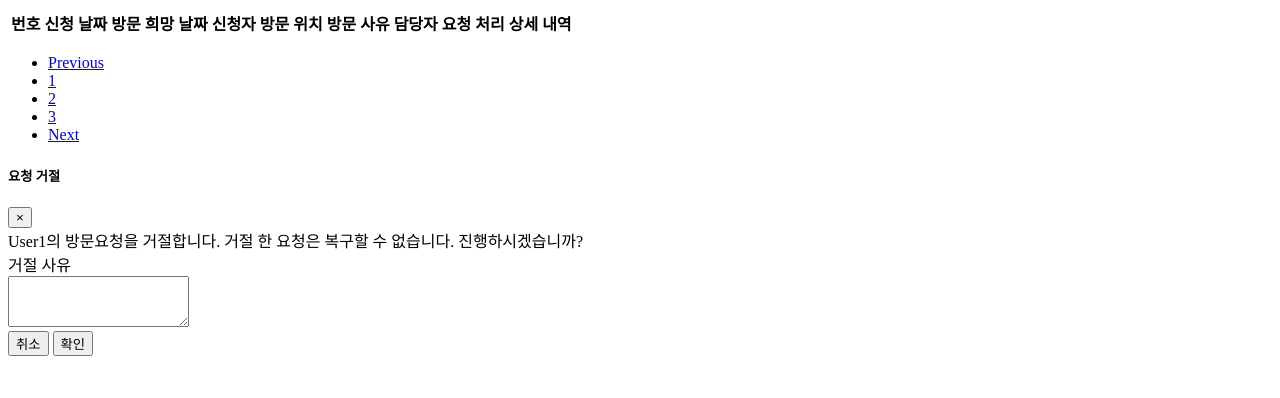
Repository: ki93/-
Page: http://localhost/fragments/admin_application_detail
These files come from the project's save history. The page is drawn as it stood at one moment and after the next save; the edit follows.
The browser window is 1280 px wide. The pictures show the whole page.
The page is this project's Thymeleaf template; nobody is signed in. The template is opened directly, without the code that normally fills it, so the values that code supplies are empty.

Above is the page before, as saved 2021-08-15 14:40:04.
Console error: ReferenceError: $ is not defined

### Visitor Management System/System/src/main/resources/templates/fragments/admin_application_detail.html
<!DOCTYPE html>
<html xmlns:th="http://www.thymeleaf.org">
<head></head>
<!-- <script th:src="@{js/sample.js}"></script>
 -->
<th:block th:fragment="admin_application_detail">
	<div class="col-11 mx-auto mt-5 p-4">
		<table class="table table-hover text-center">
			<thead>
				<tr>
					<th scope="col" class="align-middle" th:text="|번호|"></th>
					<th scope="col" class="align-middle" th:text="|신청 날짜|"></th>
					<th scope="col" class="align-middle" th:text="|방문 희망 날짜|"></th>
					<th scope="col" class="align-middle" th:text="|신청자|"></th>
					<th scope="col" class="align-middle" th:text="|방문 위치|"></th>
					<th scope="col" class="align-middle" th:text="|방문 사유|"></th>
					<th scope="col" class="align-middle" th:text="|담당자|"></th>
					<th scope="col" class="align-middle" th:text="|요청 처리|"></th>
					<th scope="col" class="align-middle" th:text="|상세 내역|"></th>
				</tr>
			</thead>
			<tbody>
				<tr th:each="applicationDTO,i:${List}">
					<th scope="row" class="align-middle" th:text="${i.size}-${i.index}"></th>
					<td class="align-middle" id="application_date"
						th:text="${applicationDTO.application_date}"></td>
					<td class="align-middle" id="visit_date"
						th:text="${applicationDTO.visit_date}"></td>
					<td class="align-middle" th:text="${applicationDTO.user_id}"></td>
					<td class="align-middle" th:text="${applicationDTO.visit_place}"></td>
					<td class="align-middle" th:text="${applicationDTO.visit_reason}"></td>
					<td class="align-middle" th:if="${#maps.size(applicationDTO)} == 9"
						th:text="|승인 대기|"></td>

					<td class="align-middle"
						th:unless="${#maps.size(applicationDTO)} == 9"
						th:text="${applicationDTO.admin_id}"></td>
					<td class="align-middle"
						th:text="${applicationDTO.application_state}"
						th:if="${applicationDTO.application_state} == '승인'"></td>
					<td class="align-middle"
						th:text="${applicationDTO.application_state}"
						th:if="${applicationDTO.application_state} == '거절'"></td>
					<td class="align-middle"
						th:if="${applicationDTO.application_state} == '승인 대기'"><a
						class="btn btn-primary " th:text="|승인|"
						th:href="@{'/updateApplication/'+${applicationDTO.application_num}}"></a>
						<button class="btn btn-primary refuseButton" th:text="|거절|"
							data-toggle="modal" data-target="#exampleModal"
							th:data-notifynum="${applicationDTO.application_num}"
							th:data-notifyid="${applicationDTO.user_id}"></button></td>
					<td class="align-middle"><a class="btn btn-secondary "
						th:href="@{'/aDetail/'+${applicationDTO.application_num}}"
						th:text="|보기|"></a></td>
				</tr>
			</tbody>
		</table>
		<nav aria-label="Page navigation example">
			<ul class="pagination justify-content-center">
				<li class="page-item disabled"><a class="page-link" href="#"
					tabindex="-1" aria-disabled="true">Previous</a></li>
				<li class="page-item"><a class="page-link" href="#">1</a></li>
				<li class="page-item"><a class="page-link" href="#">2</a></li>
				<li class="page-item"><a class="page-link" href="#">3</a></li>
				<li class="page-item"><a class="page-link" href="#">Next</a></li>
			</ul>
		</nav>
	</div>
	<!-- Modal -->
	<div class="modal fade" id="exampleModal" tabindex="-1"
		aria-labelledby="exampleModalLabel" aria-hidden="true">
		<div class="modal-dialog">
			<div class="modal-content">
				<div class="modal-header">
					<h5 class="modal-title" id="exampleModalLabel" th:text="|요청 거절|"></h5>
					<button type="button" class="close" data-dismiss="modal"
						aria-label="Close">
						<span aria-hidden="true">&times;</span>
					</button>
				</div>
				<div class="modal-body container">
					<div class="row">
						<div class="col-12 modal-descript"
							th:text="|User1의 방문요청을 거절합니다. 거절 한 요청은 복구할 수 없습니다. 진행하시겠습니까?|">
						</div>
					</div>
					<form class="refuse-form" th:action="@{/updateApplication}"
						th:object="${application}" method="post">

						<div class="row mt-3">
							<div class="col-12">
								<label for="refuse_reason" th:text="|거절 사유|"></label>
								<div class="form-row">
									<div class="form-group col-lg-12">
										<textarea class="form-control"
											id="exampleFormControlTextarea1" rows="3"
											name="refuse_reason"></textarea>
									</div>
								</div>
							</div>
						</div>
						<div class="float-right">
							<button type="button" class="btn btn-secondary"
								data-dismiss="modal">취소</button>
							<button type="submit" class="btn btn-primary">확인</button>
						</div>
					</form>
				</div>
			</div>
		</div>
	</div>
	<script type="text/javascript">
		var modal = $('#exampleModal')[0];
		$('.refuseButton')
				.click(
						function() {
							var application_num = $(this).data('notifynum');
							var user_id = $(this).data('notifyid')
									.toUpperCase();
							$('.modal-descript')
									.text(
											user_id
													+ " 의 방문요청을 거절합니다. 거절 한 요청은 복구할 수 없습니다. 진행하시겠습니까?");
							$('.refuse-form').attr("action",
									"/updateApplication/" + application_num);
						})
	</script>
</th:block>
</html>

After the next save:
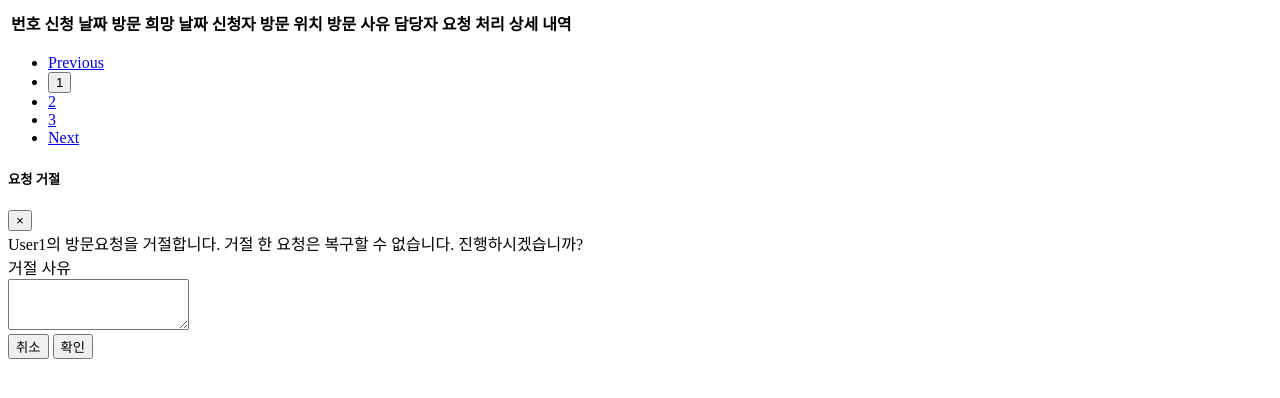
Saved 9 s later.
--- a/Visitor Management System/System/src/main/resources/templates/fragments/admin_application_detail.html
+++ b/Visitor Management System/System/src/main/resources/templates/fragments/admin_application_detail.html
@@ -59,7 +59,7 @@
 			<ul class="pagination justify-content-center">
 				<li class="page-item disabled"><a class="page-link" href="#"
 					tabindex="-1" aria-disabled="true">Previous</a></li>
-				<li class="page-item"><a class="page-link" href="#">1</a></li>
+				<li class="page-item"><button class="page-link" href="#">1</a></li>
 				<li class="page-item"><a class="page-link" href="#">2</a></li>
 				<li class="page-item"><a class="page-link" href="#">3</a></li>
 				<li class="page-item"><a class="page-link" href="#">Next</a></li>
